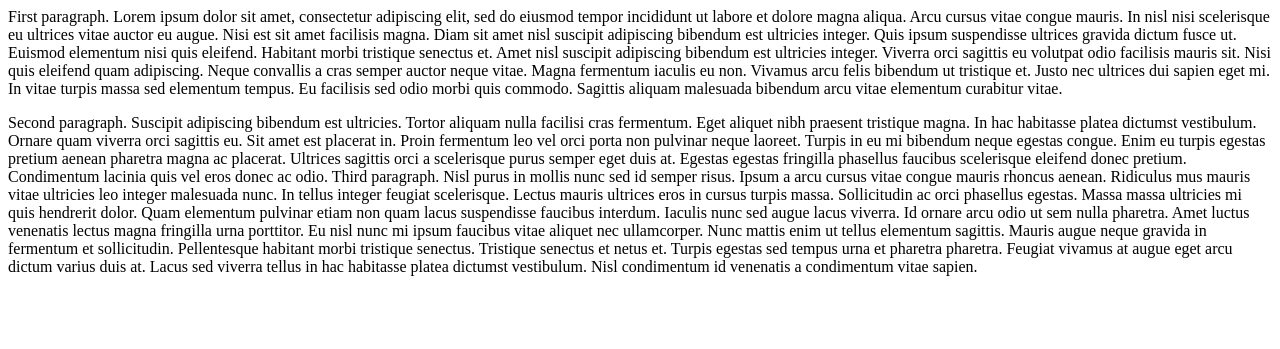
Repository: arzeee/Web_Course
Page: 2.2+Paragraph+Element/2.2 Paragraph Element/index.html
These files come from the project's save history. The page is drawn as it stood at one moment and after a run of saves; the edit follows.
The browser window is 1280 px wide. The pictures show the whole page.

Above is the page before, as saved 2024-12-01 15:54:23.

### 2.2+Paragraph+Element/2.2 Paragraph Element/index.html
<p>First paragraph. Lorem ipsum dolor sit amet, consectetur adipiscing elit, sed do eiusmod tempor incididunt ut labore et dolore magna
    aliqua. Arcu cursus vitae congue mauris. In nisl nisi scelerisque eu ultrices vitae auctor eu augue. Nisi est sit amet
    facilisis magna. Diam sit amet nisl suscipit adipiscing bibendum est ultricies integer. Quis ipsum suspendisse ultrices
    gravida dictum fusce ut. Euismod elementum nisi quis eleifend. Habitant morbi tristique senectus et. Amet nisl suscipit
    adipiscing bibendum est ultricies integer. Viverra orci sagittis eu volutpat odio facilisis mauris sit. Nisi quis
    eleifend quam adipiscing. Neque convallis a cras semper auctor neque vitae. Magna fermentum iaculis eu non. Vivamus arcu
    felis bibendum ut tristique et. Justo nec ultrices dui sapien eget mi. In vitae turpis massa sed elementum tempus. Eu
    facilisis sed odio morbi quis commodo. Sagittis aliquam malesuada bibendum arcu vitae elementum curabitur vitae.
</p>

<p></p>Second paragraph. Suscipit adipiscing bibendum est ultricies. Tortor aliquam nulla facilisi cras fermentum. Eget aliquet nibh praesent
tristique magna. In hac habitasse platea dictumst vestibulum. Ornare quam viverra orci sagittis eu. Sit amet est
placerat in. Proin fermentum leo vel orci porta non pulvinar neque laoreet. Turpis in eu mi bibendum neque egestas
congue. Enim eu turpis egestas pretium aenean pharetra magna ac placerat. Ultrices sagittis orci a scelerisque purus
semper eget duis at. Egestas egestas fringilla phasellus faucibus scelerisque eleifend donec pretium. Condimentum
lacinia quis vel eros donec ac odio.

Third paragraph. Nisl purus in mollis nunc sed id semper risus. Ipsum a arcu cursus vitae congue mauris rhoncus aenean. Ridiculus mus
mauris vitae ultricies leo integer malesuada nunc. In tellus integer feugiat scelerisque. Lectus mauris ultrices eros in
cursus turpis massa. Sollicitudin ac orci phasellus egestas. Massa massa ultricies mi quis hendrerit dolor. Quam
elementum pulvinar etiam non quam lacus suspendisse faucibus interdum. Iaculis nunc sed augue lacus viverra. Id ornare
arcu odio ut sem nulla pharetra. Amet luctus venenatis lectus magna fringilla urna porttitor. Eu nisl nunc mi ipsum
faucibus vitae aliquet nec ullamcorper. Nunc mattis enim ut tellus elementum sagittis. Mauris augue neque gravida in
fermentum et sollicitudin. Pellentesque habitant morbi tristique senectus. Tristique senectus et netus et. Turpis
egestas sed tempus urna et pharetra pharetra. Feugiat vivamus at augue eget arcu dictum varius duis at. Lacus sed
viverra tellus in hac habitasse platea dictumst vestibulum. Nisl condimentum id venenatis a condimentum vitae sapien.

After the next 3 saves:
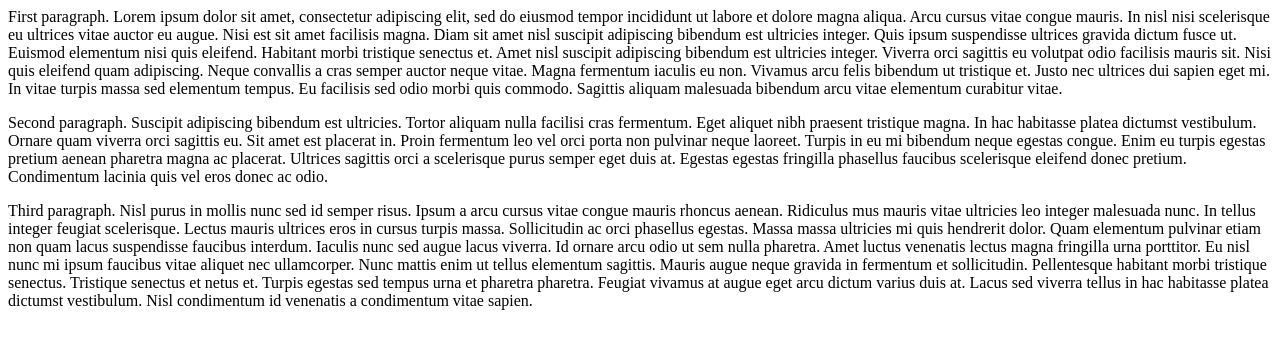
The 3 saves are shown as one change because they came seconds apart.
The last was saved 9 s later.
--- a/2.2+Paragraph+Element/2.2 Paragraph Element/index.html
+++ b/2.2+Paragraph+Element/2.2 Paragraph Element/index.html
@@ -8,14 +8,15 @@
     facilisis sed odio morbi quis commodo. Sagittis aliquam malesuada bibendum arcu vitae elementum curabitur vitae.
 </p>
 
-<p></p>Second paragraph. Suscipit adipiscing bibendum est ultricies. Tortor aliquam nulla facilisi cras fermentum. Eget aliquet nibh praesent
-tristique magna. In hac habitasse platea dictumst vestibulum. Ornare quam viverra orci sagittis eu. Sit amet est
-placerat in. Proin fermentum leo vel orci porta non pulvinar neque laoreet. Turpis in eu mi bibendum neque egestas
-congue. Enim eu turpis egestas pretium aenean pharetra magna ac placerat. Ultrices sagittis orci a scelerisque purus
-semper eget duis at. Egestas egestas fringilla phasellus faucibus scelerisque eleifend donec pretium. Condimentum
-lacinia quis vel eros donec ac odio.
+<p>Second paragraph. Suscipit adipiscing bibendum est ultricies. Tortor aliquam nulla facilisi cras fermentum. Eget aliquet nibh praesent
+    tristique magna. In hac habitasse platea dictumst vestibulum. Ornare quam viverra orci sagittis eu. Sit amet est
+    placerat in. Proin fermentum leo vel orci porta non pulvinar neque laoreet. Turpis in eu mi bibendum neque egestas
+    congue. Enim eu turpis egestas pretium aenean pharetra magna ac placerat. Ultrices sagittis orci a scelerisque purus
+    semper eget duis at. Egestas egestas fringilla phasellus faucibus scelerisque eleifend donec pretium. Condimentum
+    lacinia quis vel eros donec ac odio.
+</p>
 
-Third paragraph. Nisl purus in mollis nunc sed id semper risus. Ipsum a arcu cursus vitae congue mauris rhoncus aenean. Ridiculus mus
+<p></p>Third paragraph. Nisl purus in mollis nunc sed id semper risus. Ipsum a arcu cursus vitae congue mauris rhoncus aenean. Ridiculus mus
 mauris vitae ultricies leo integer malesuada nunc. In tellus integer feugiat scelerisque. Lectus mauris ultrices eros in
 cursus turpis massa. Sollicitudin ac orci phasellus egestas. Massa massa ultricies mi quis hendrerit dolor. Quam
 elementum pulvinar etiam non quam lacus suspendisse faucibus interdum. Iaculis nunc sed augue lacus viverra. Id ornare
